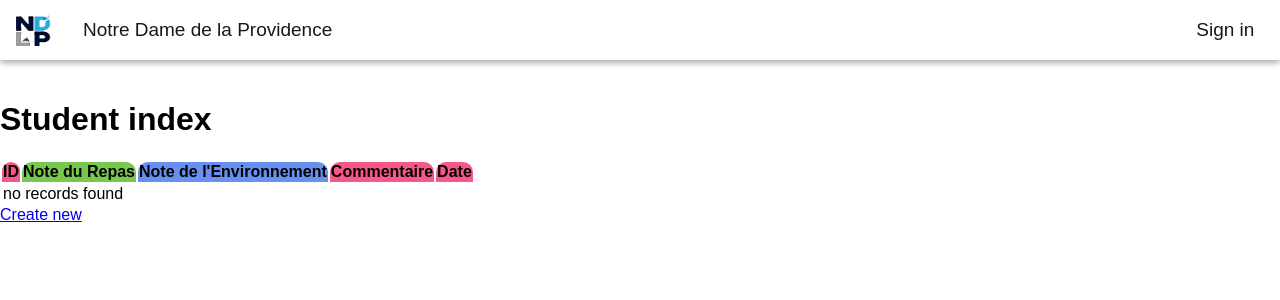
Repository: yaperson/self-feedback1
Page: templates/student/index.html.twig
An editor plug-in stored every save of this project. The page is shown before and after the next save, followed by the edit.
The browser window is 1280 px wide. The pictures show the whole page.
The page is a Twig template of a Symfony application; nobody is signed in and links lead nowhere. The template is opened directly, without the code that normally fills it, so the values that code supplies are empty.

Above is the page before, as saved 2021-12-14 10:46:10.
Console error: TypeError: Cannot read properties of null (reading 'querySelectorAll')

After the next save:
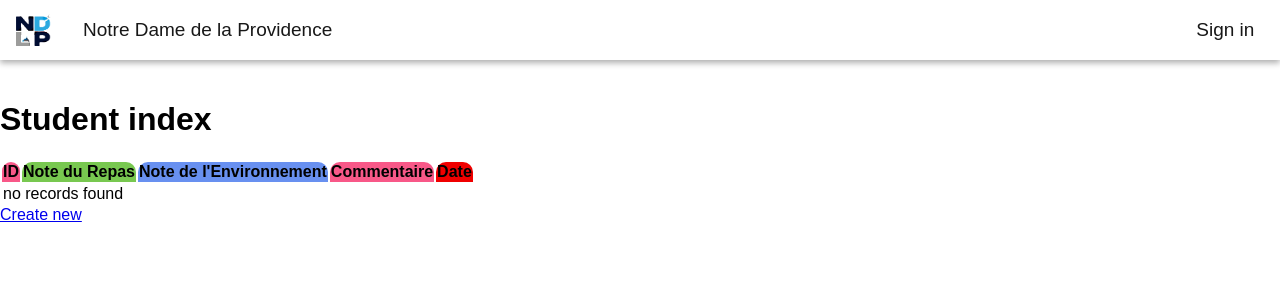
Saved 13 s later.
--- a/templates/student/index.html.twig
+++ b/templates/student/index.html.twig
@@ -59,7 +59,7 @@
                 <th style="background-color:#78C850; border-top-left-radius: 10px; -moz-border-radius-topleft: 10px; -webkit-border-top-left-radius: 10px; -khtml-border-top-left-radius: 10px; -icab-border-top-left-radius: 10px; -o-border-top-left-radius: 10px; border-top-right-radius: 10px; -moz-border-radius-topright: 10px; -webkit-border-top-right-radius: 10px; -khtml-border-top-right-radius: 10px; -icab-border-top-right-radius: 10px; -o-border-top-right-radius: 10px;">Note du Repas</th>
                 <th style="background-color:#6890F0; border-top-left-radius: 10px; -moz-border-radius-topleft: 10px; -webkit-border-top-left-radius: 10px; -khtml-border-top-left-radius: 10px; -icab-border-top-left-radius: 10px; -o-border-top-left-radius: 10px; border-top-right-radius: 10px; -moz-border-radius-topright: 10px; -webkit-border-top-right-radius: 10px; -khtml-border-top-right-radius: 10px; -icab-border-top-right-radius: 10px; -o-border-top-right-radius: 10px;">Note de l'Environnement</th>
                 <th style="background-color:#F85888; border-top-left-radius: 10px; -moz-border-radius-topleft: 10px; -webkit-border-top-left-radius: 10px; -khtml-border-top-left-radius: 10px; -icab-border-top-left-radius: 10px; -o-border-top-left-radius: 10px; border-top-right-radius: 10px; -moz-border-radius-topright: 10px; -webkit-border-top-right-radius: 10px; -khtml-border-top-right-radius: 10px; -icab-border-top-right-radius: 10px; -o-border-top-right-radius: 10px;">Commentaire</th>
-                <th style="background-color:#F85888; border-top-left-radius: 10px; -moz-border-radius-topleft: 10px; -webkit-border-top-left-radius: 10px; -khtml-border-top-left-radius: 10px; -icab-border-top-left-radius: 10px; -o-border-top-left-radius: 10px; border-top-right-radius: 10px; -moz-border-radius-topright: 10px; -webkit-border-top-right-radius: 10px; -khtml-border-top-right-radius: 10px; -icab-border-top-right-radius: 10px; -o-border-top-right-radius: 10px;">Date</th>
+                <th style="background-color:#F00000; border-top-left-radius: 10px; -moz-border-radius-topleft: 10px; -webkit-border-top-left-radius: 10px; -khtml-border-top-left-radius: 10px; -icab-border-top-left-radius: 10px; -o-border-top-left-radius: 10px; border-top-right-radius: 10px; -moz-border-radius-topright: 10px; -webkit-border-top-right-radius: 10px; -khtml-border-top-right-radius: 10px; -icab-border-top-right-radius: 10px; -o-border-top-right-radius: 10px;">Date</th>
             </tr>
         </thead>
         <tbody>
